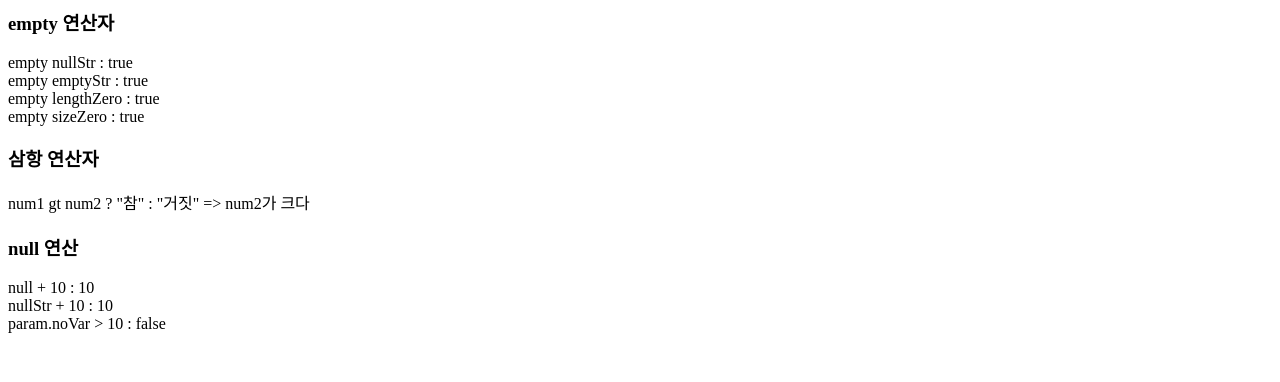
Repository: jungwoonAn/jsp_basic
Page: http://localhost/MustHaveJSP/10_EL/Operator2.jsp
These files come from the project's save history. The page is drawn as it stood at one moment and after the next save; the edit follows.
The browser window is 1280 px wide. The pictures show the whole page.
The page is served by Tomcat 10.

Above is the page before, as saved 2024-10-24 06:57:44.

After the next save:
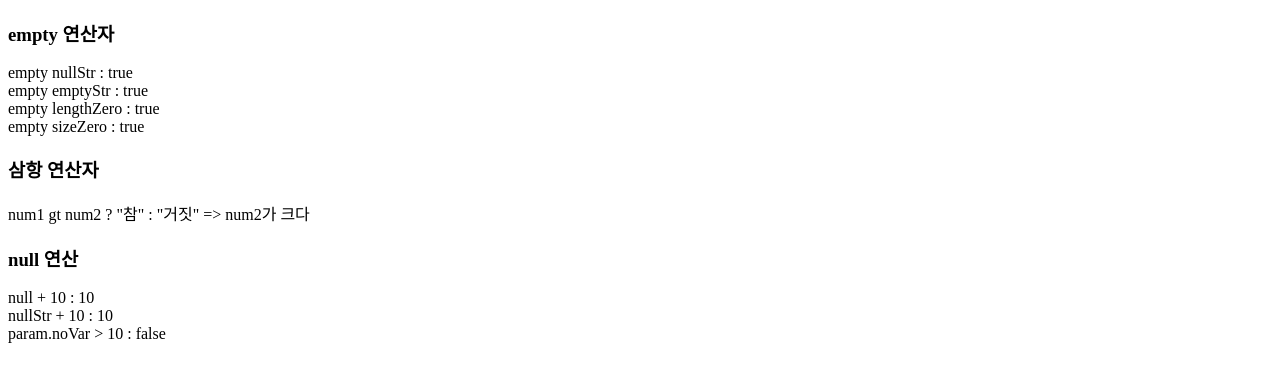
Saved 105 s later.
--- a/MustHaveJSP/src/main/webapp/10_EL/Operator2.jsp
+++ b/MustHaveJSP/src/main/webapp/10_EL/Operator2.jsp
@@ -11,9 +11,12 @@ pageContext.setAttribute("emptyStr", "");
 pageContext.setAttribute("lengthZero", new Integer[0]);
 pageContext.setAttribute("sizeZero", new ArrayList());
 %>
+<!DOCTYPE html>
 <html>
+<head>
 <meta charset="UTF-8">
-<head><title>표현 언어(EL) - 연산자</title></head>
+<title>표현 언어(EL) - 연산자</title>
+</head>
 <body>
     <h3>empty 연산자</h3>
     empty nullStr : ${ empty nullStr } <br />
